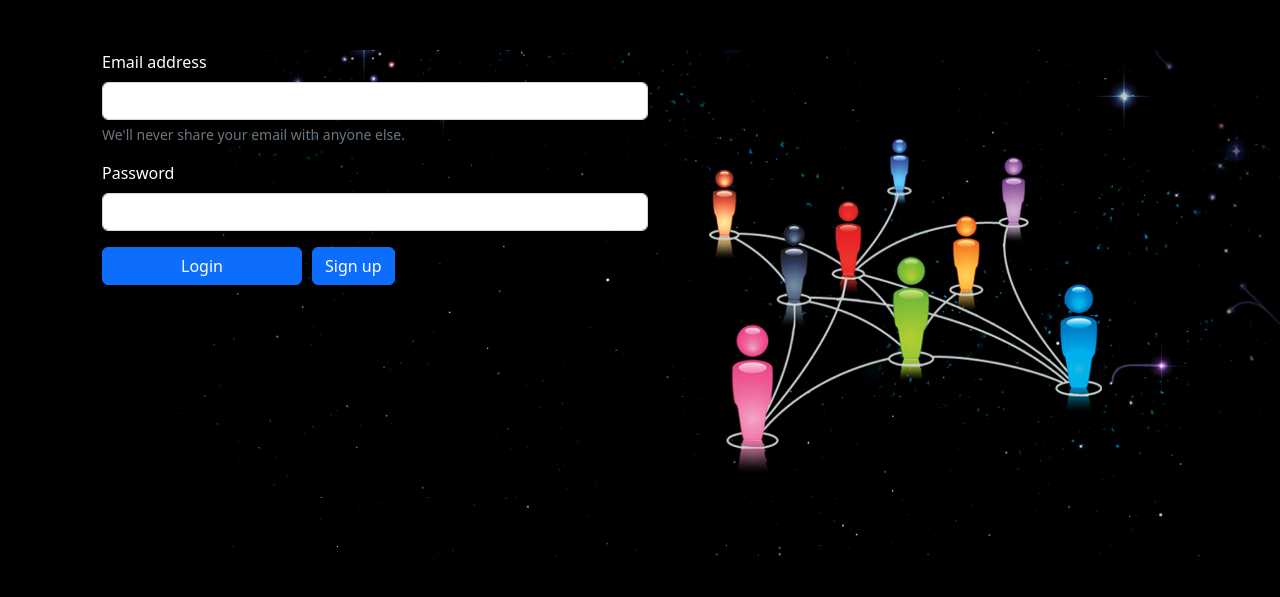
Repository: jaseem1999/sdCommunity
Page: http://localhost/sdCommunity/Login.jsp
These files come from the project's save history. The page is drawn as it stood at one moment and after the next save; the edit follows.
The browser window is 1280 px wide. The pictures show the whole page.
The page is served by Tomcat 9. Other server files are loaded and not shown.

Above is the page before, as saved 2023-10-01 12:38:47.

### sdCommunity/src/main/webapp/Login.jsp
<%@ page language="java" contentType="text/html; charset=ISO-8859-1"
    pageEncoding="ISO-8859-1"%>
<!DOCTYPE html>
<html>
<head>
<meta charset="ISO-8859-1">
<title>Login</title>
<link rel="stylesheet" href="./logincss/style.css">
<link href="https://cdn.jsdelivr.net/npm/bootstrap@5.2.3/dist/css/bootstrap.min.css" rel="stylesheet" integrity="sha384-rbsA2VBKQhggwzxH7pPCaAqO46MgnOM80zW1RWuH61DGLwZJEdK2Kadq2F9CUG65" crossorigin="anonymous">
<script src="https://cdn.jsdelivr.net/npm/bootstrap@5.2.3/dist/js/bootstrap.bundle.min.js" integrity="sha384-kenU1KFdBIe4zVF0s0G1M5b4hcpxyD9F7jL+jjXkk+Q2h455rYXK/7HAuoJl+0I4" crossorigin="anonymous"></script>
<style type="text/css">
.bdy{
 	background-color: black;
    color: white;
 }
 .cover{
 		background-image: url("./logincss/img/bg-stars-1.webp");
		background-repeat: no-repeat;
    	background-position: center;
    	background-size: cover;
 }
.container{
		margin-top: 50px;
 		width: 100%;
    	height: auto;
}

label, input{
		margin-left: 20px;
		margin-right: 10px;
		width: 200px;

}
button {
		margin-left: 20px;
		margin-right: 10px;
		width: 200px;

}
</style>

</head>
<body class="bdy">
<div class="cover">
	<div class="container">

<%
			String message = request.getParameter("message");
			if (message != null && message.equals("Failed")){
				out.print("<div class='alert alert-danger' role='alert'>Login Failed...<br>Try again...</div>");
			}else{
				out.print("");
			}
%>

			  <div class="row">
			    <div class="col">
			      <form  action="LoginServlet.jsp">
					  <div class="mb-3">
					    <label for="exampleInputEmail1"  class="form-label">Email address</label>
					    <input type="email" class="form-control" id="exampleInputEmail1" aria-describedby="emailHelp" name="email">
					    <div id="emailHelp" class="form-text">We'll never share your email with anyone else.</div>
					  </div>
					  <div class="mb-3">
					    <label for="exampleInputPassword1" class="form-label">Password</label>
					    <input type="password" class="form-control" id="exampleInputPassword1" name="password">
					  </div>
					  <button type="submit" class="btn btn-primary">Login</button><a class="btn btn-primary" href="signup.jsp">Sign up</a>
				 </form>

			    </div>
			    <div class="col">
			 	 	<img alt="" src="./logincss/img/socialNetwork.png">
			    </div>
			   </div>
    </div>

</div>

</body>
</html>

### sdCommunity/src/main/webapp/logincss/style.css
@charset "ISO-8859-1";

.form-text{
		margin-left: 20px;
		margin-right: 10px;
}

After the next save:
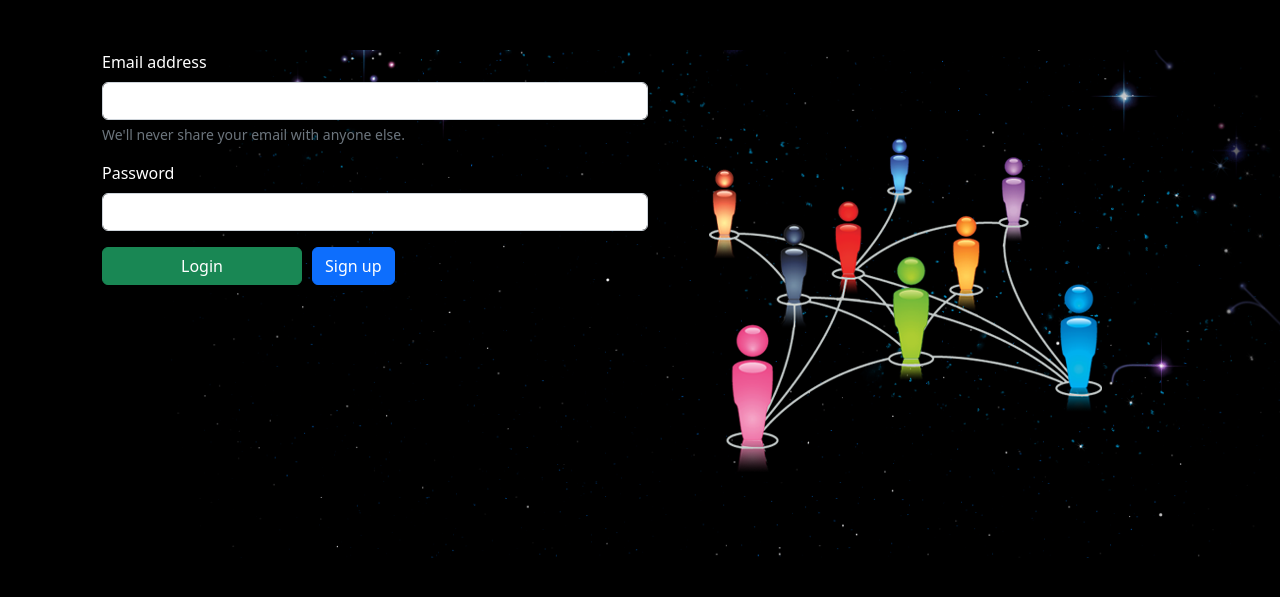
Saved 42 s later.
--- a/sdCommunity/src/main/webapp/Login.jsp
+++ b/sdCommunity/src/main/webapp/Login.jsp
@@ -65,7 +65,7 @@ button {
 					    <label for="exampleInputPassword1" class="form-label">Password</label>
 					    <input type="password" class="form-control" id="exampleInputPassword1" name="password">
 					  </div>
-					  <button type="submit" class="btn btn-primary">Login</button><a class="btn btn-primary" href="signup.jsp">Sign up</a>
+					  <button type="submit" class="btn btn-success">Login</button><a class="btn btn-primary" href="signup.jsp">Sign up</a>
 				 </form>
 
 			    </div>
